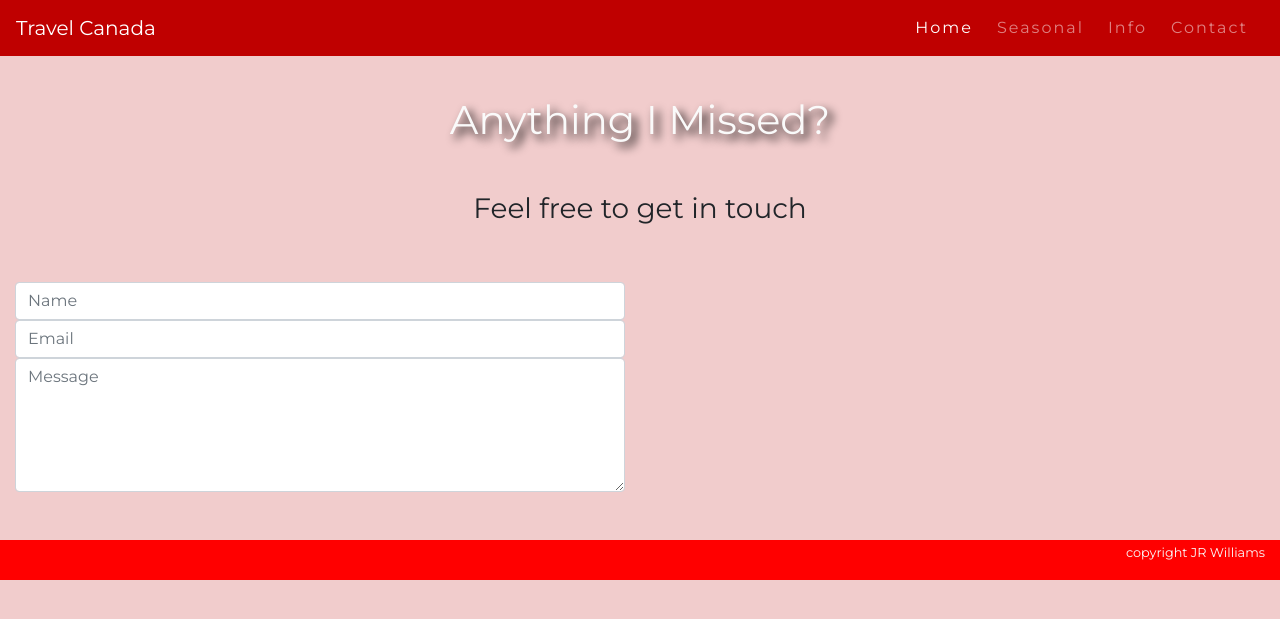
Repository: JonWil91/Travel-Canada
Page: contact.html
The author's editor kept a record of every edit. The page is drawn from the files as they stood at one moment, then again after the next edit.
The browser window is 1280 px wide. The pictures show the whole page.
Some web libraries are served in a nearby version.

Above is the page before.

### contact.html
<!DOCTYPE html>
<html lang="en">

<head>
    <meta charset="UTF-8">
    <meta name="viewport" content="width=device-width, initial-scale=1.0">
    <meta http-equiv="X-UA-Compatible" content="ie=edge">
    <title>Canada</title>
    <link rel="stylesheet" href="https://stackpath.bootstrapcdn.com/bootstrap/4.3.1/css/bootstrap.min.css" integrity="sha384-ggOyR0iXCbMQv3Xipma34MD+dH/1fQ784/j6cY/iJTQUOhcWr7x9JvoRxT2MZw1T" crossorigin="anonymous">
    <link href="https://fonts.googleapis.com/css?family=Montserrat:200,400,500i&display=swap" rel="stylesheet">
    <link rel="stylesheet" href="https://use.fontawesome.com/releases/v5.6.1/css/all.css" integrity="sha384-gfdkjb5BdAXd+lj+gudLWI+BXq4IuLW5IT+brZEZsLFm++aCMlF1V92rMkPaX4PP" crossorigin="anonymous">
    <link rel="stylesheet" href="css/style.css" type="text/css" />


    <body>

        <!-- navbar -->


        <div class="container-fluid navalert-container">
            <nav class="navbar navbar-dark navbar-expand-sm">
                <a href="index.html" class="navbar-brand">Travel Canada</a>
                <button class="navbar-toggler ml-auto" type="button" data-toggle="collapse" data-target="#navbarNavDropdown" aria-controls="navbarNavDropdown" aria-expanded="false" aria-label="Toggle
        navigation">
            <span class="navbar-toggler-icon"></span>
        </button>
                <div class="collapse navbar-collapse" id="navbarNavDropdown">
                    <ul class="navbar-nav ml-auto">
                        <li class="active nav-item mr-2"><a class="nav-link" href="index.html">Home</a></li>
                        <li class="nav-item mr-2"><a class="nav-link" href="seasonal.html">Seasonal</a></li>
                        <li class="nav-item mr-2"><a class="nav-link" href="info.html">Info</a></li>
                        <li class="nav-item mr-2"><a class="nav-link" href="contact.html">Contact</a></li>

                    </ul>
                </div>
            </nav>
        </div>


        <!-- contact form -->


        <div class="container title-container my-5 text-center">
            <div class="row">
                <div class="col-12">
                    <h1 class="my-5 jumbotron-header">Anything I Missed?</h1>
                    <h3>Feel free to get in touch</h3>
                </div>
            </div>
        </div>

        <div class="container-fluid text-center my-5 center-form">
            <div class="row">
                <div class="col-md-6">
                    <div class="center-form">
                        <form>
                            <input type="text" name="name" id="fullname" class="form-control" placeholder="Name" required />
                            <input type="email" name="email" id="emailaddress" class="form-control" placeholder="Email" required />
                            <textarea rows="5" name="message" id="message" class="form-control" placeholder="Message" required></textarea>
                            <div class="form-row text-center">
                            </div>
                        </form>
                    </div>
                </div>
            </div>
        </div>





        <!-- /contact form -->






        <!-- footer -->

        <div class=" container-fluid footer ">
            <div class="row ">
                <div class="col-12 ">
                    <p class="ml-auto "><small>copyright JR Williams</small></p>

                </div>
            </div>
        </div>


        <!-- /footer -->



        <script src="https://code.jquery.com/jquery-3.3.1.slim.min.js" integrity="sha384-q8i/X+965DzO0rT7abK41JStQIAqVgRVzpbzo5smXKp4YfRvH+8abtTE1Pi6jizo" crossorigin="anonymous"></script>
        <script src="https://cdnjs.cloudflare.com/ajax/libs/popper.js/1.14.7/umd/popper.min.js" integrity="sha384-UO2eT0CpHqdSJQ6hJty5KVphtPhzWj9WO1clHTMGa3JDZwrnQq4sF86dIHNDz0W1" crossorigin="anonymous"></script>
        <script src="https://stackpath.bootstrapcdn.com/bootstrap/4.3.1/js/bootstrap.min.js" integrity="sha384-JjSmVgyd0p3pXB1rRibZUAYoIIy6OrQ6VrjIEaFf/nJGzIxFDsf4x0xIM+B07jRM" crossorigin="anonymous"></script>



    </body>

### css/style.css
body {
    font-family: 'Montserrat', sans-serif;
    background-color: #f1cccc;
}

/* landing page */

.callout-container {
    height: 100vh;
    background: url("../images/canada-landing-page.jpg") no-repeat bottom right fixed;
    -webkit-background-size: cover;
    -moz-background-size: cover;
    -o-background-size: cover;
    background-size: cover;

    display: flex;
    justify-content: center;
    position: relative;
}

.jumbotron {
    background-color: transparent;
    margin-top: 30px;
    color: #fafafa;
}

.jumbotron-header {
    font-size: 40px;
    color: #fafafa;
    text-shadow: 5px 5px 10px black;
}

.lead {
    margin-top: 30px;
    color: #de5858;
    font-family: 'Roboto', sans-serif;
    font-weight: 600;
    font-size: 25px;
    text-shadow: 5px 5px 10px #fafafa;


}

.about-me {
    color: #fafafa;
    text-shadow: 5px 5px 10px black;
}

.about-me-text {
    color: black;
}


/* /landing page */

/* Navbar */

.navalert-container {
    position: absolute;
    top: 0;
    left: 0;
    padding-left: 0;
    padding-right: 0;
    z-index: 1;
    background-color: #ff0000;
}

.navbar {
    margin-bottom: 0;
    border: 0;
    width: 100%;
    background-color: rgba(0, 0, 0, 0.25);
}

.navbar-toggler {
    border: none;
    background-color: transparent;
}

.navbar-brand {
    font-weight: 500;
}

.navbar-nav {
    letter-spacing: 2px;
}

.jumbotron-header {
    font-weight: 500;
}

/* /navbar */

/* seasonal */

.title-container {
    display: flex;
    justify-content: center;
    position: relative;
}

.container-subheading {
    display: flex;
    justify-content: center;
    position: relative;
}

.img-fluid {
    width: 100vh;
    height: 65vh;
    border-radius: 20px;
}

.flag-picture {
    width: 90vh;
    height: 65vh;
    border-radius: 20px;
    margin-top: 90px
}


.icon {
    color: #e82e2e;
    padding: 10px;
    transition: all 0.3s ease 0s;
}

.icon:hover {
    color: #f59e42;
}

.season-title {
    padding: 0 0 20px 0;

}

.season-section {
    font-size: 18px;
    padding: 10px;
}

.card-header {
    justify-content: center;
    display: flex;
    background-color: transparent;
    border: none;
    text-decoration: none;
}

button {
    text-decoration: none;

}





/* /seasonal */

/* Footer */

.footer {
    background-color: #ff0000;
    color: #fafafa;
    float: right;
}

.ml-auto {
    float: right;
}

/* /footer */

.title {
    color: #fafafa;
}

.timeline-item {
    padding: 4em 2em 0em 2em;
    position: relative;
    color: red;
    border-left: 1px solid;
}

.timeline-item p {
    padding: 0;
    margin: 0;
}

.timeline-item:before {
    content: attr(data-dates);
    position: absolute;
    left: 2.5em;
    top: 3em;
    display: block;
    font-family: "Exo", sans-serif;
    font-weight: 500;
    font-size: 0.8em;
    padding: 0;
    margin: 0;
}

.timeline-item:after {
    width: 12px;
    height: 12px;
    display: block;
    top: 2.4em;
    position: absolute;
    left: -6px;
    border-radius: 12px;
    content: '';
    background-color: #fafafa;
}

.history-items {
    margin-bottom: 30px;
}

.extra-info {
    color: red;
}

.card,
.card-reader {
    background-color: transparent;
    border: none !important;
    padding: 0;
    margin-bottom: 20px;
}


/* Contact */

.contact-box {}



/* /Contact */

After the next edit:
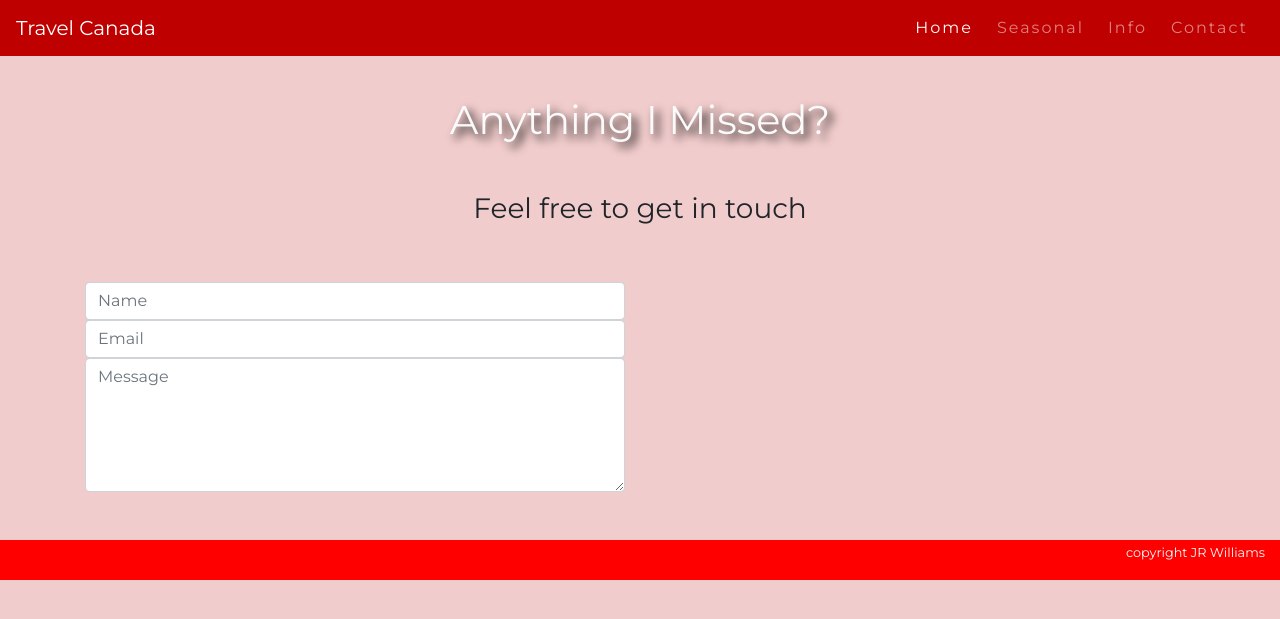
The edit:
--- a/contact.html
+++ b/contact.html
@@ -49,7 +49,7 @@
             </div>
         </div>
 
-        <div class="container-fluid text-center my-5 center-form">
+        <div class="container text-center my-5 center-form">
             <div class="row">
                 <div class="col-md-6">
                     <div class="center-form">
